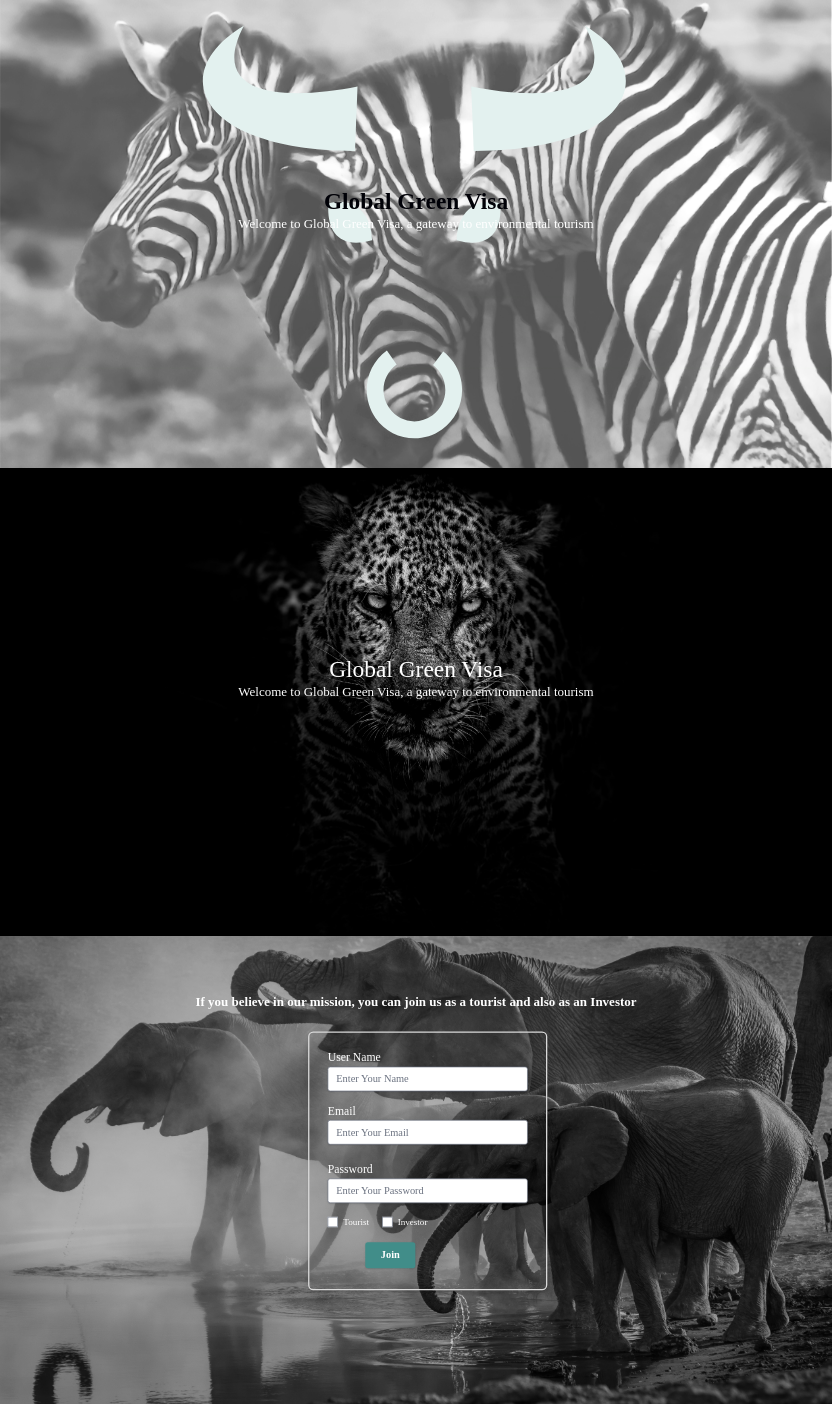
Repository: BrightonMboya/ggv-landingPage
Page: /
An editor plug-in stored every save of this project. The page is shown before and after the next save, followed by the edit.
The browser window is 1280 px wide. The pictures show the whole page, at 65% of full size.
The project was rebuilt for these pictures with package versions that can differ from the ones it lists, and the page was loaded fresh each time. The framework's server and built-in components were replaced by stand-ins that run in the browser. Also part of the build but not shown: next.config.js.

Above is the page before, as saved 2022-06-14 14:20:11.

After the next save:
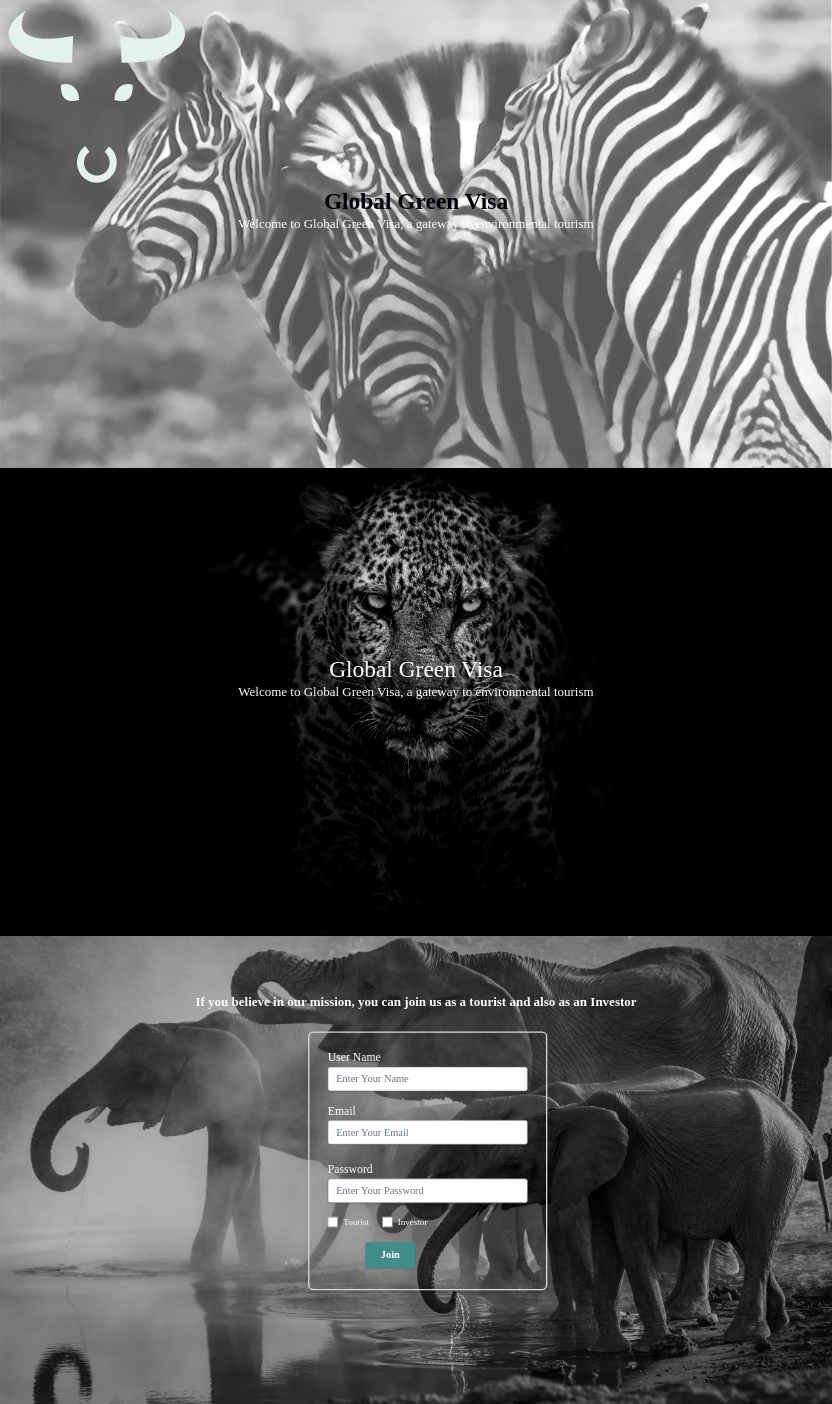
Saved 3 min 10 s later.
--- a/pages/HomePage.js
+++ b/pages/HomePage.js
@@ -17,7 +17,7 @@ const HomePage = () => {
           quality={100}
           style={{ opacity: 0.7 }}
         />
-        <div className="">
+        <div className="w-[300px] h-[300px] relative">
           <Image src="/logo.svg" layout="fill" objectFit="contain" />
         </div>
         <div className={styles.content}>
